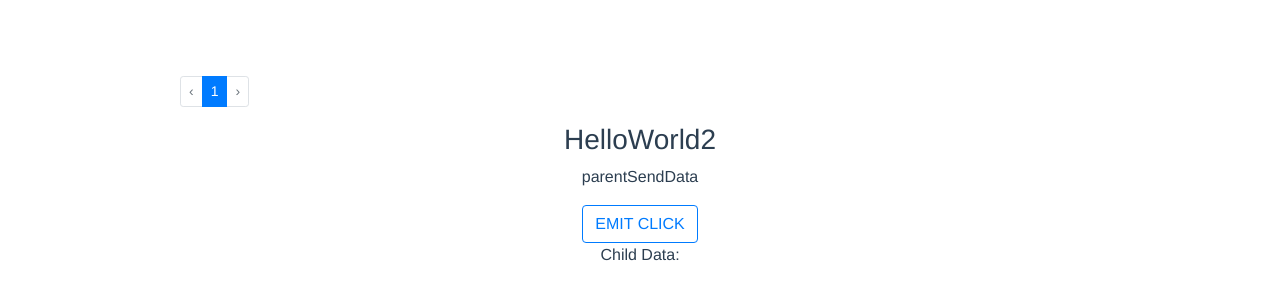
Repository: iian0910/bootstrapVue-demo
Page: /#/
An editor plug-in stored every save of this project. The page is shown before and after the next save, followed by the edit.
The browser window is 1280 px wide. The pictures show the whole page.
The page's requests for data from a server got no answer. The project was rebuilt for these pictures with package versions that can differ from the ones it lists, and the page was loaded fresh each time. No one was signed in, and anything a server would have sent is missing.

Above is the page before, as saved 2021-04-26 12:32:26.

After the next save:
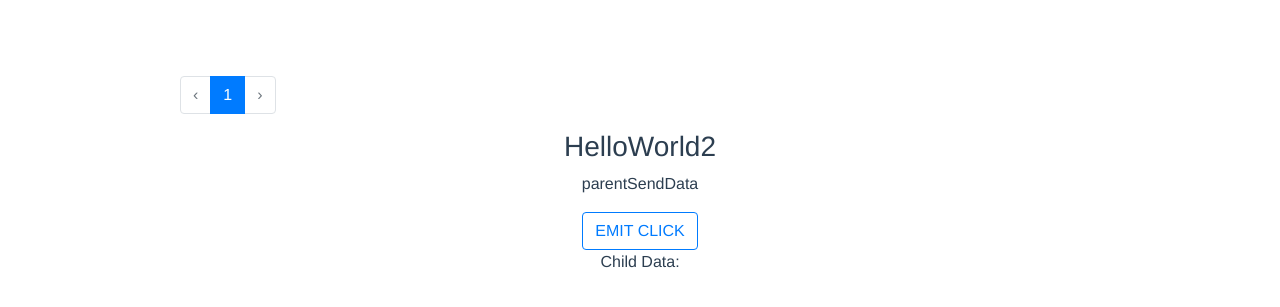
Saved 22 s later.
--- a/src/components/HelloWorld.vue
+++ b/src/components/HelloWorld.vue
@@ -28,7 +28,6 @@
             first-number
             last-number
             @click.native="sliceData(currentPage)"
-            size="sm"
           ></b-pagination>
         </div>
       </div>
